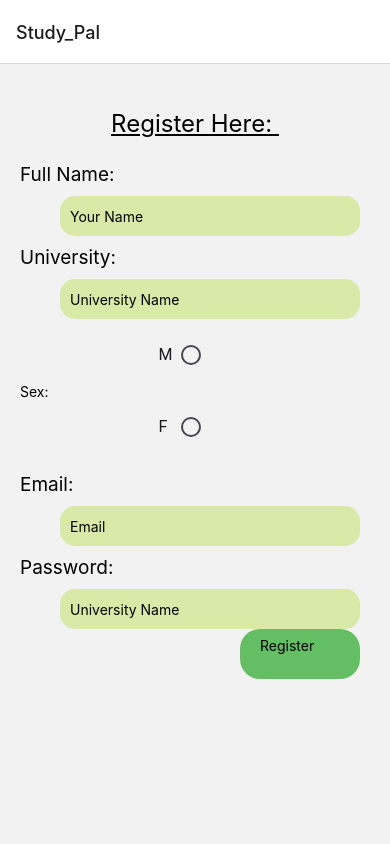
Repository: abdurehmanali611/Study-Pal
Screen: /
These files come from the project's save history. The screen is drawn as it stood at one moment and after the next save; the edit follows.
The app was drawn by React Native's web renderer in a window 390 px wide. The project was rebuilt for these pictures with package versions that can differ from the ones it lists, and the page was loaded fresh each time. Also part of the build but not shown: Front_Pages/Home.js, Screens/Softwareeng.js, Screens/Computersci.js, Screens/Informationsci.js, Screens/Informationtech.js, Screens/Softwarecards.js, Screens/Computercards.js, Screens/Sciencecards.js and 4 more.

Above is the screen before, as saved 2024-01-23 22:19:11.

After the next save:
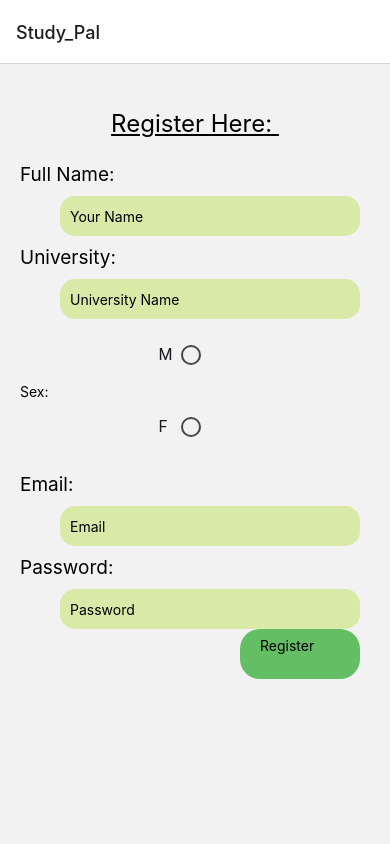
Saved 14 s later.
--- a/Front_Pages/Sign_Up.js
+++ b/Front_Pages/Sign_Up.js
@@ -93,7 +93,7 @@ const Sign_Up = ({navigation}) => {
             value={password}
             onChangeText={(newpassword) => setPassword(newpassword)}
             style = {styles.textinput}
-            placeholder='University Name'
+            placeholder='Password'
             textContentType='name'
             />
          </View>
